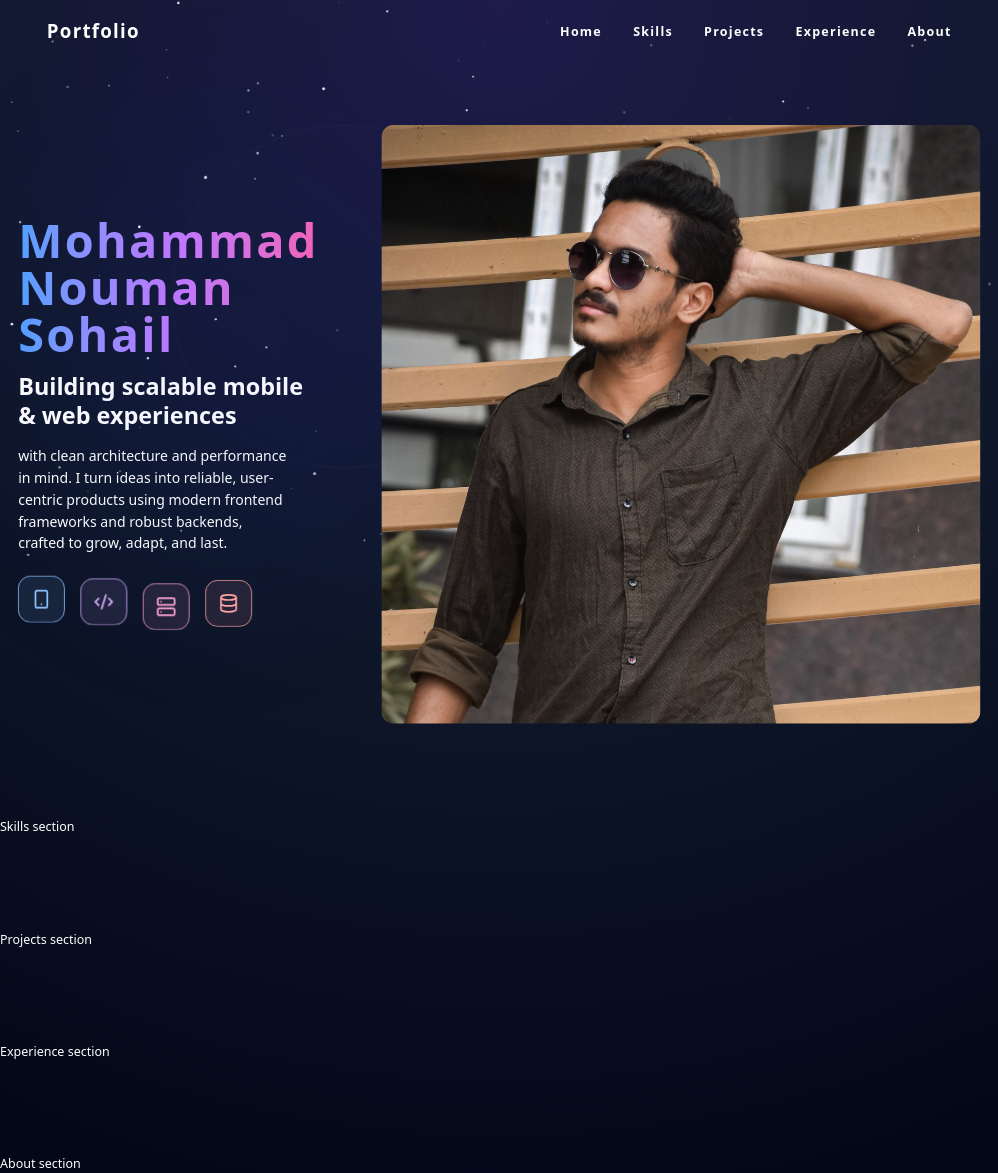
Repository: NoumanSohail/Nouman-Sohail-Portfolio
Page: /
The author's editor kept a copy of each file at every save. The page is drawn from the files as they stood at one save, then again after the next save.
The browser window is 1280 px wide. The pictures show the whole page, at 78% of full size.
The project was rebuilt for these pictures with package versions that can differ from the ones it lists, and the page was loaded fresh each time. The framework's server and built-in components were replaced by stand-ins that run in the browser. Also part of the build but not shown: next.config.ts.

Above is the page before, as saved 2026-01-24 20:27:57.

After the next save:
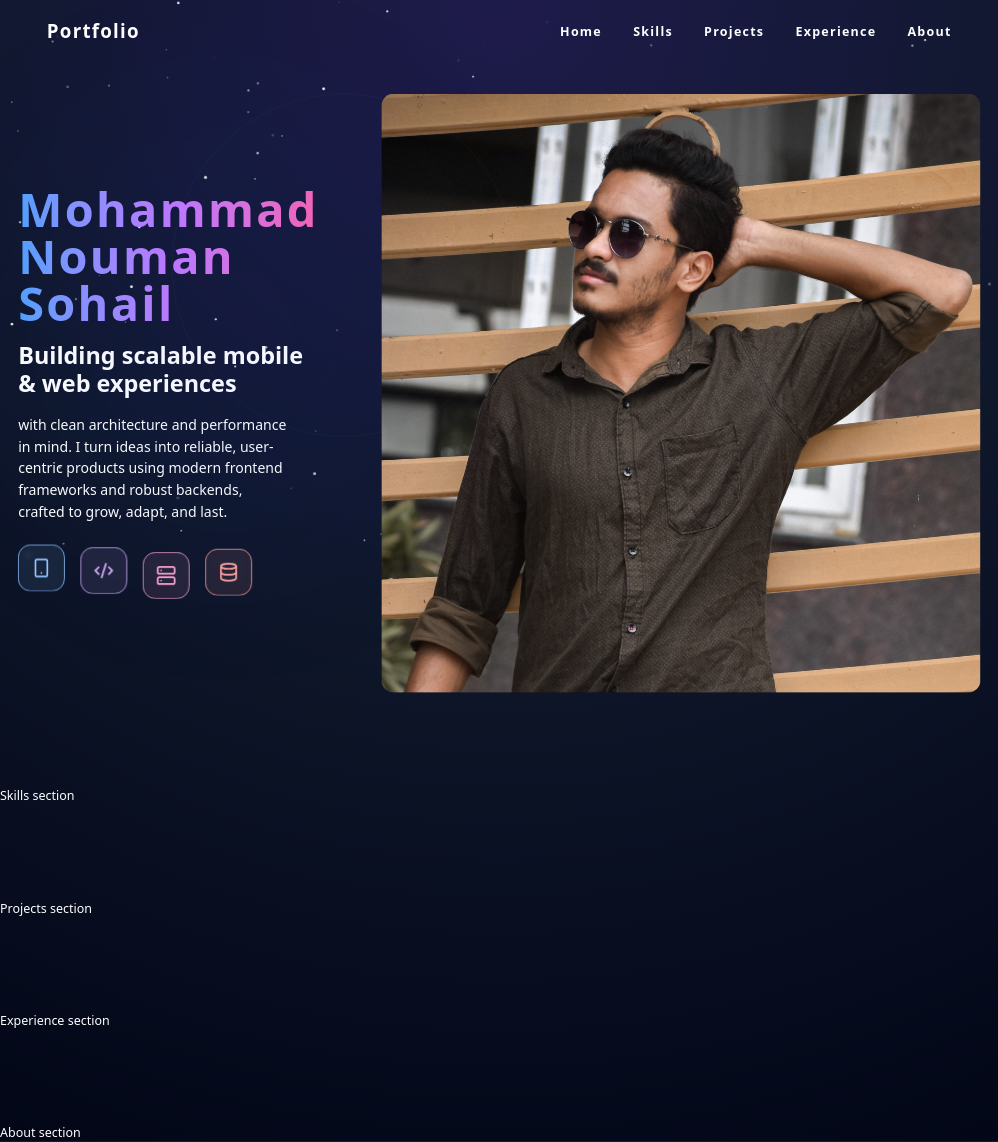
Saved 27 s later.
--- a/app/components/sections/Hero.tsx
+++ b/app/components/sections/Hero.tsx
@@ -7,7 +7,7 @@
   return (
     <section
       id="home"
-      className="scroll-mt-40 w-full mx-auto max-w-384 px-5 md:px-10 lg:px-15 text-white mt-30 md:mt-40 overflow-hidden"
+      className="scroll-mt-40 w-full mx-auto max-w-384 px-5 md:px-10 lg:px-15 text-white mt-30 overflow-hidden"
     >
       {/* Central Glowing Orb */}
       <div

After the save that followed:
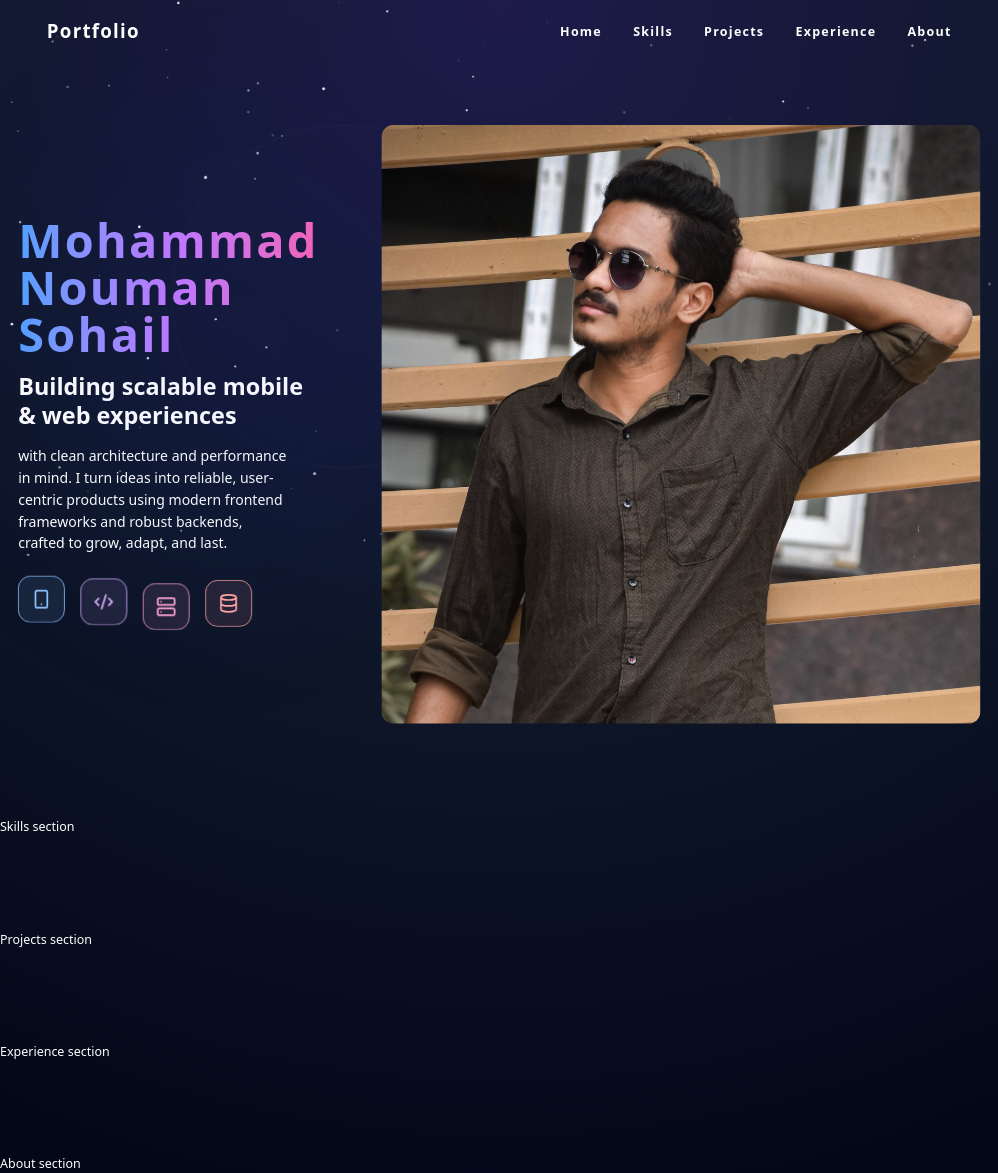
Saved 18 s later.
--- a/app/components/sections/Hero.tsx
+++ b/app/components/sections/Hero.tsx
@@ -7,7 +7,7 @@
   return (
     <section
       id="home"
-      className="scroll-mt-40 w-full mx-auto max-w-384 px-5 md:px-10 lg:px-15 text-white mt-30 overflow-hidden"
+      className="scroll-mt-40 w-full mx-auto max-w-384 px-5 md:px-10 lg:px-15 text-white mt-30 xl:mt-40 overflow-hidden"
     >
       {/* Central Glowing Orb */}
       <div
